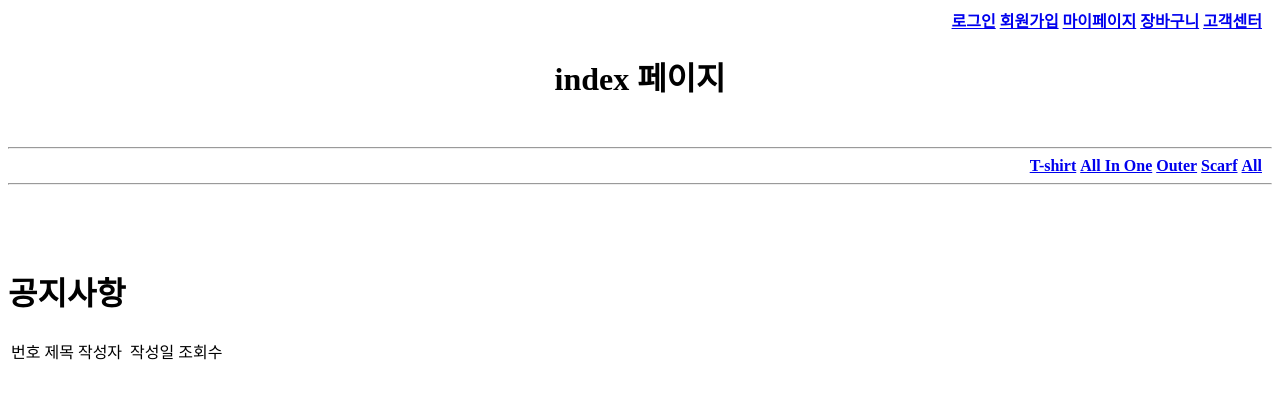
Repository: leeseungho1994/shopping
Page: http://localhost/shopping/WEB-INF/views/center/notice.jsp
These files come from the project's save history. The page is drawn as it stood at one moment and after the next save; the edit follows.
The browser window is 1280 px wide. The pictures show the whole page.
The page is served by Tomcat 9. Nobody is signed in. The template is opened directly, without the code that normally fills it, so the values that code supplies are empty.

Above is the page before, as saved 2020-12-10 14:22:17.

After the next save:
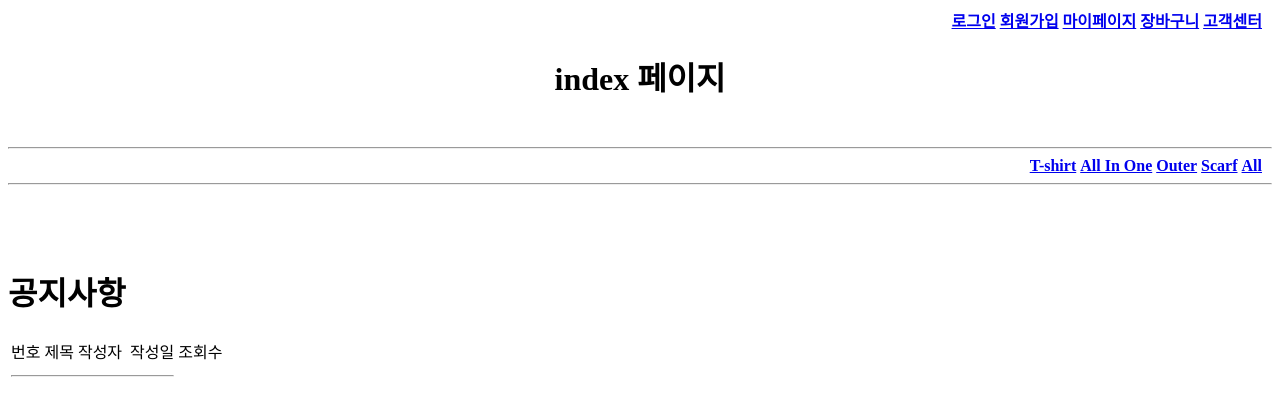
Saved 34 s later.
--- a/shopping/src/main/webapp/WEB-INF/views/center/notice.jsp
+++ b/shopping/src/main/webapp/WEB-INF/views/center/notice.jsp
@@ -14,6 +14,9 @@
 	<tr>
 		<td>번호</td><td>제목</td><td>작성자</td><td></td><td>작성일</td><td>조회수</td>
 	</tr>
+	<tr>
+		<td colspan="5"><hr></td>
+	</tr>
 </table>
 </body>
 </html>
